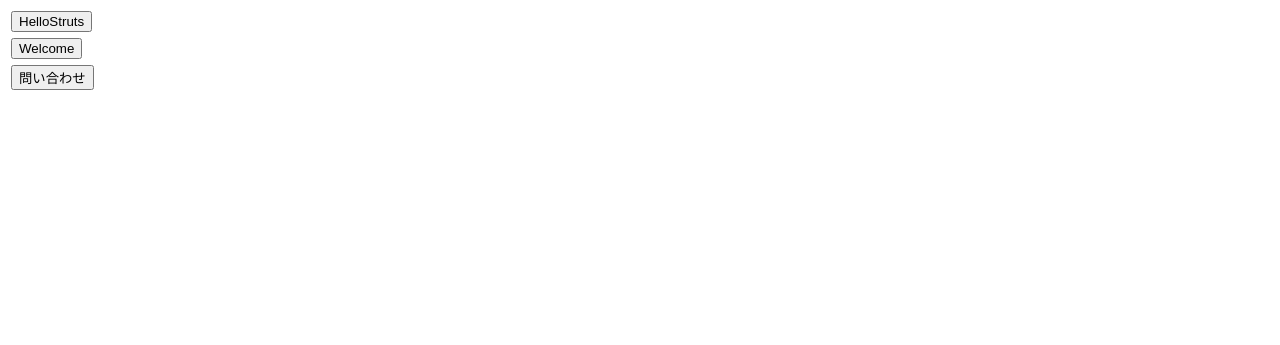
Repository: maifujii/test
Page: http://localhost/WebProj2/
The author's editor kept a copy of each file at every save. The page is drawn from the files as they stood at one save, then again after the next save.
The browser window is 1280 px wide. The pictures show the whole page.
The page is served by Tomcat 9. Other server files are loaded and not shown.

Above is the page before, as saved 2018-07-23 10:12:11.

### WebProj2/WebContent/index.jsp
<%@ page language="java" contentType="text/html; charset=UTF-8"
    pageEncoding="UTF-8"%>
    <%@ taglib prefix="s" uri="/struts-tags" %>
<!DOCTYPE html>
<html>
<head>
<meta charset="UTF-8">
<title>Index</title>
</head>
<body>
	<s:form action="HelloStrutsAction">
	<s:submit value="HelloStruts"/>
	</s:form>

	<s:form action="WelcomeAction">
	<s:submit value="Welcome"/>
	</s:form>

	<s:form action="InquiryAction">
	<s:submit value="問い合わせ"/>
	</s:form>


</body>
</html>

After the next save:
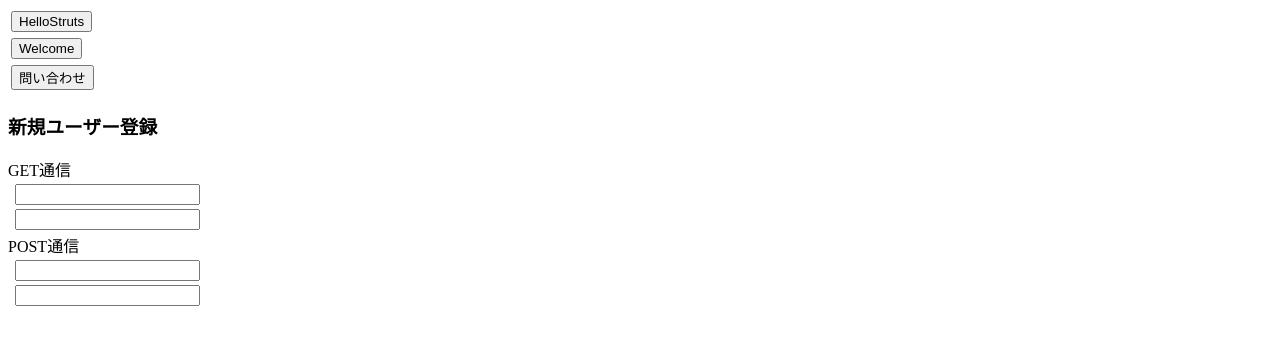
Saved 50 min 48 s later.
--- a/WebProj2/WebContent/index.jsp
+++ b/WebProj2/WebContent/index.jsp
@@ -20,6 +20,19 @@
 	<s:submit value="問い合わせ"/>
 	</s:form>
 
+<h3>新規ユーザー登録</h3>
+GET通信
+<s:form method="get" action="TestAction">
+<s:textfield name="username"/>
+<s:password name="password"/>
+<s;submit value="送信"/>
+</s:form>
+POST通信
+<s:form method="post" action="TestAction">
+<s:textfield name="username"/>
+<s:password name="password"/>
+<s;submit value="送信"/>
+</s:form>
 
 </body>
 </html>
